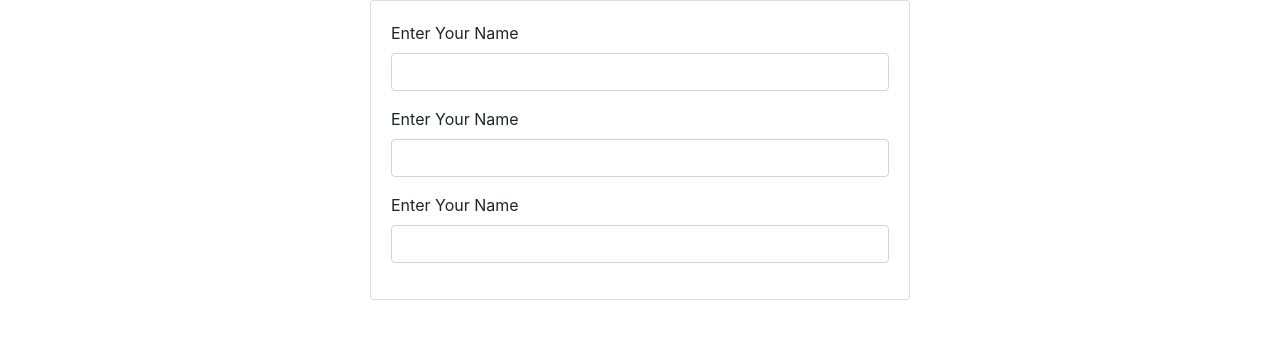
Repository: Hashim-Ansari-82/Servlet-And-JSP
Page: Submit-Form-App/src/main/webapp/index.html
These files come from the project's save history. The page is drawn as it stood at one moment and after the next save; the edit follows.
The browser window is 1280 px wide. The pictures show the whole page.
Some web libraries are served in a nearby version.

Above is the page before, as saved 2026-06-03 19:13:26.

After the next save:
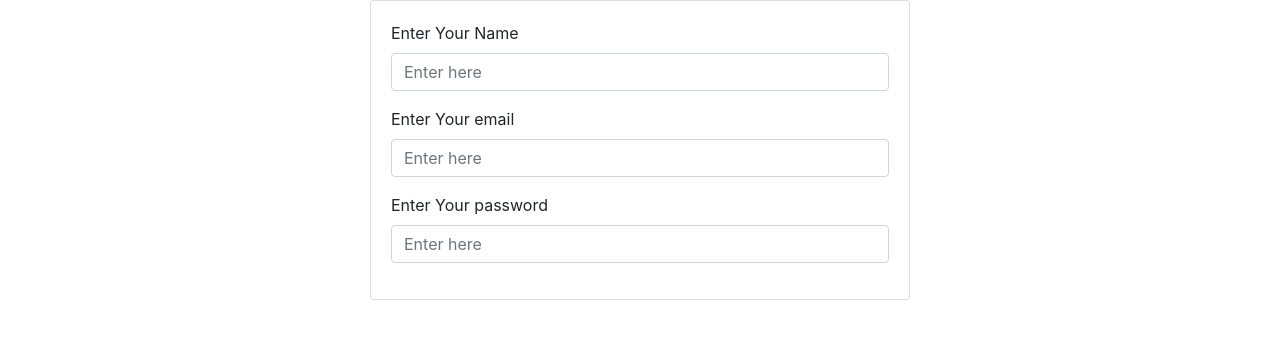
Saved 2 min 32 s later.
--- a/Submit-Form-App/src/main/webapp/index.html
+++ b/Submit-Form-App/src/main/webapp/index.html
@@ -18,15 +18,15 @@
 						<form action="register" method="post">
 							<div class="form-group">
 								<label>Enter Your Name</label> <input type="text"
-									name="user_name" class="form-control">
+									name="user_name" class="form-control" placeholder="Enter here">
 							</div>
 							<div class="form-group">
-								<label>Enter Your Name</label> <input type="text"
-									name="user_name" class="form-control">
+								<label>Enter Your email</label> <input type="text"
+									name="email" class="form-control" placeholder="Enter here">
 							</div>
 							<div class="form-group">
-								<label>Enter Your Name</label> <input type="text"
-									name="user_name" class="form-control">
+								<label>Enter Your password</label> <input type="text"
+									name="password" class="form-control" placeholder="Enter here">
 							</div>
 						</form>
 					</div>
